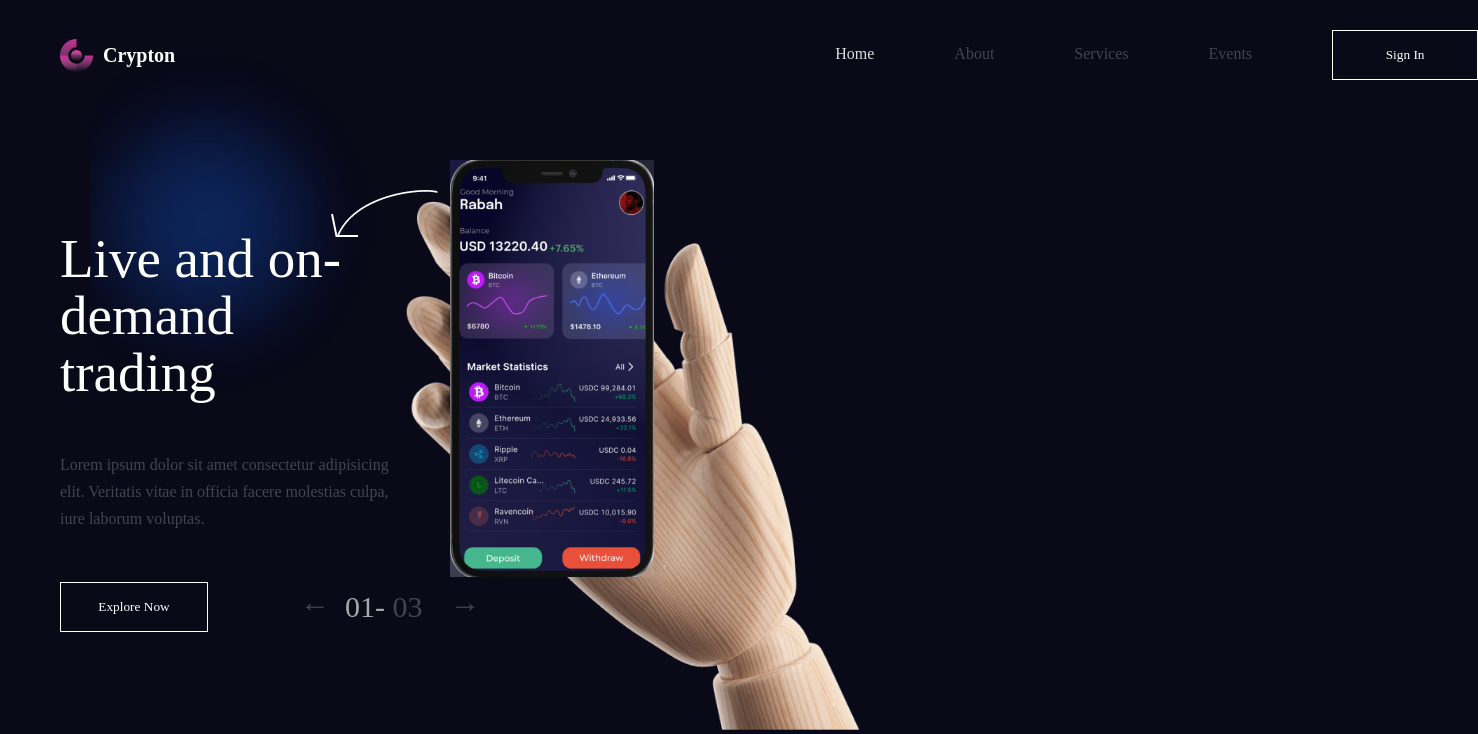
Repository: isaacCodes1/Crypton-Website
Page: index.html
The author's editor kept a copy of each file at every save. The page is drawn from the files as they stood at one save, then again after the next save.
The browser window is 1280 px wide. The page is 1478 px wide, so the pictures cover 1478 px, including what lies to the right of the window. The pictures show the whole page.

Above is the page before, as saved 2024-05-14 21:01:47.

After the next save:
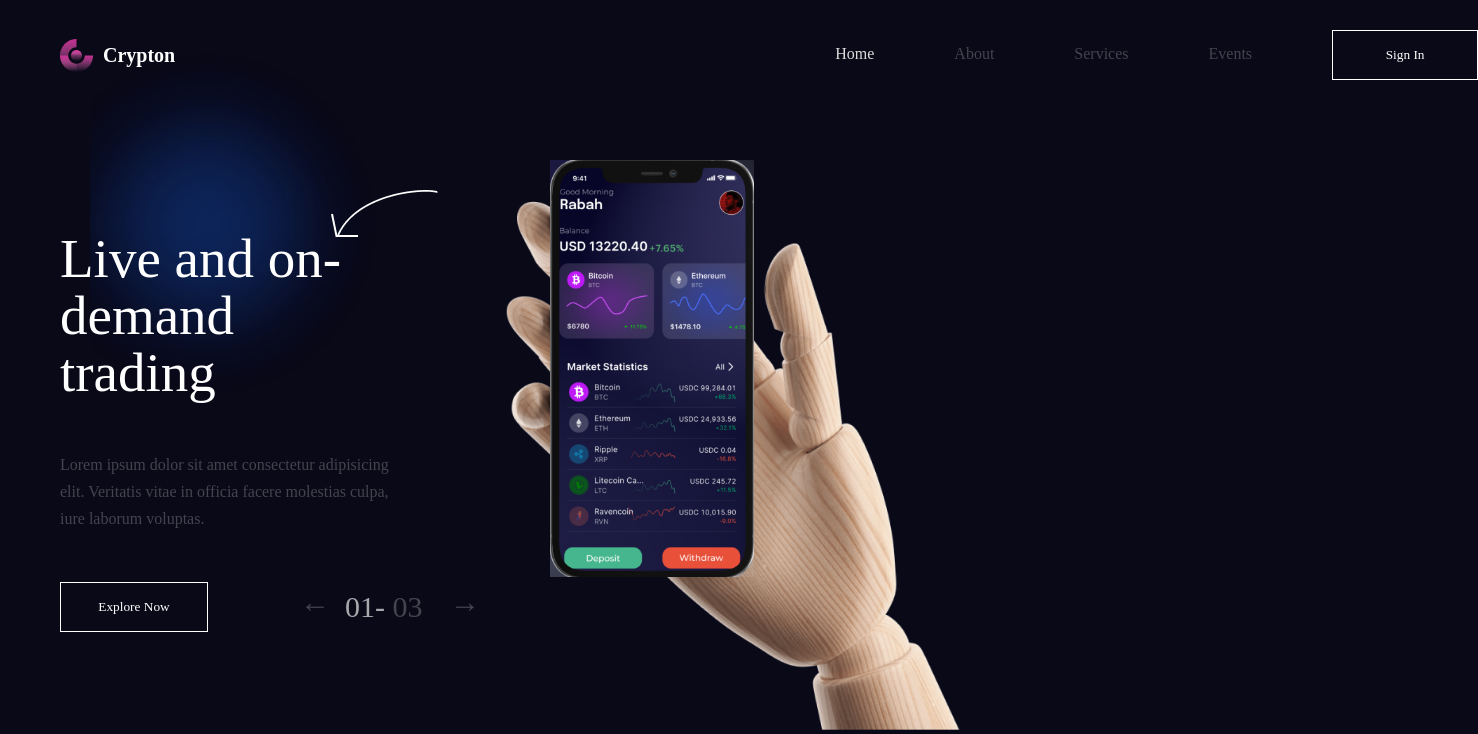
Saved 4 s later.
--- a/style.css
+++ b/style.css
@@ -135,7 +135,7 @@ body{
     display: flex;
     position: absolute;
     top: 190px;
-    right: 420px;
+    right: 320px;
 }
 .hand{
     height: 75vh;
